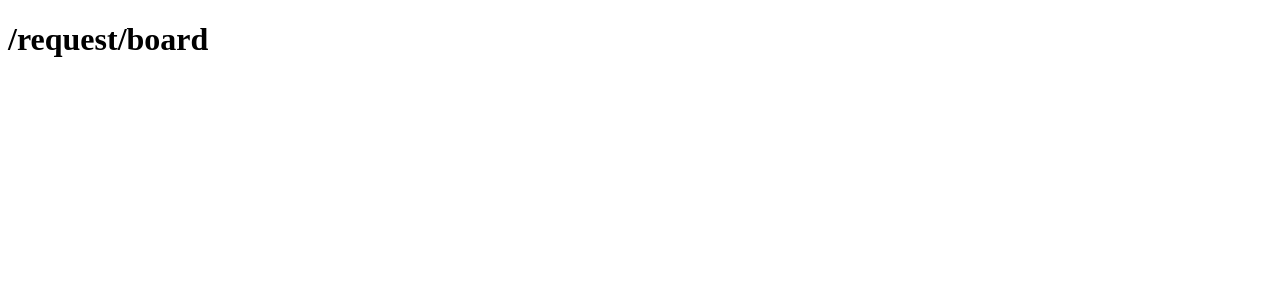
Repository: xegenie/Spring
Page: http://localhost/spring-mvc/request/board
An editor plug-in stored every save of this project. The page is shown before and after the next save, followed by the edit.
The browser window is 1280 px wide. The pictures show the whole page.
The page is served by Tomcat 9. Other server files are loaded and not shown.

Above is the page before, as saved 2024-11-06 06:53:56.

### spring-mvc/src/main/webapp/WEB-INF/views/request/board.jsp
<%@ page language="java" contentType="text/html; charset=UTF-8"
    pageEncoding="UTF-8"%>
<!DOCTYPE html>
<html>
<head>
<meta charset="UTF-8">
<title>/request/board</title>
</head>
<body>
	<h1>/request/board</h1>
</body>
</html>

After the next save:
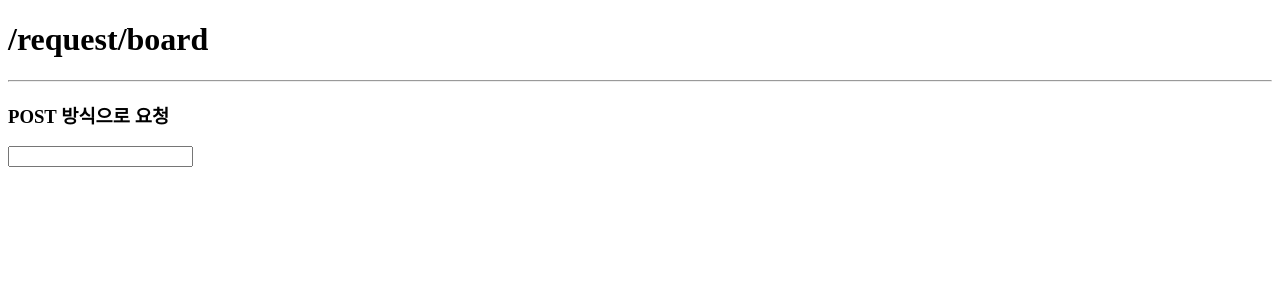
Saved 2 min 15 s later.
--- a/spring-mvc/src/main/webapp/WEB-INF/views/request/board.jsp
+++ b/spring-mvc/src/main/webapp/WEB-INF/views/request/board.jsp
@@ -8,5 +8,11 @@
 </head>
 <body>
 	<h1>/request/board</h1>
+
+	<hr>
+	<h3>POST 방식으로 요청</h3>
+	<form action="<%= request.getContextPath()%>/request/board" method="post">
+		<input type="text" name>
+	</form>
 </body>
 </html>
